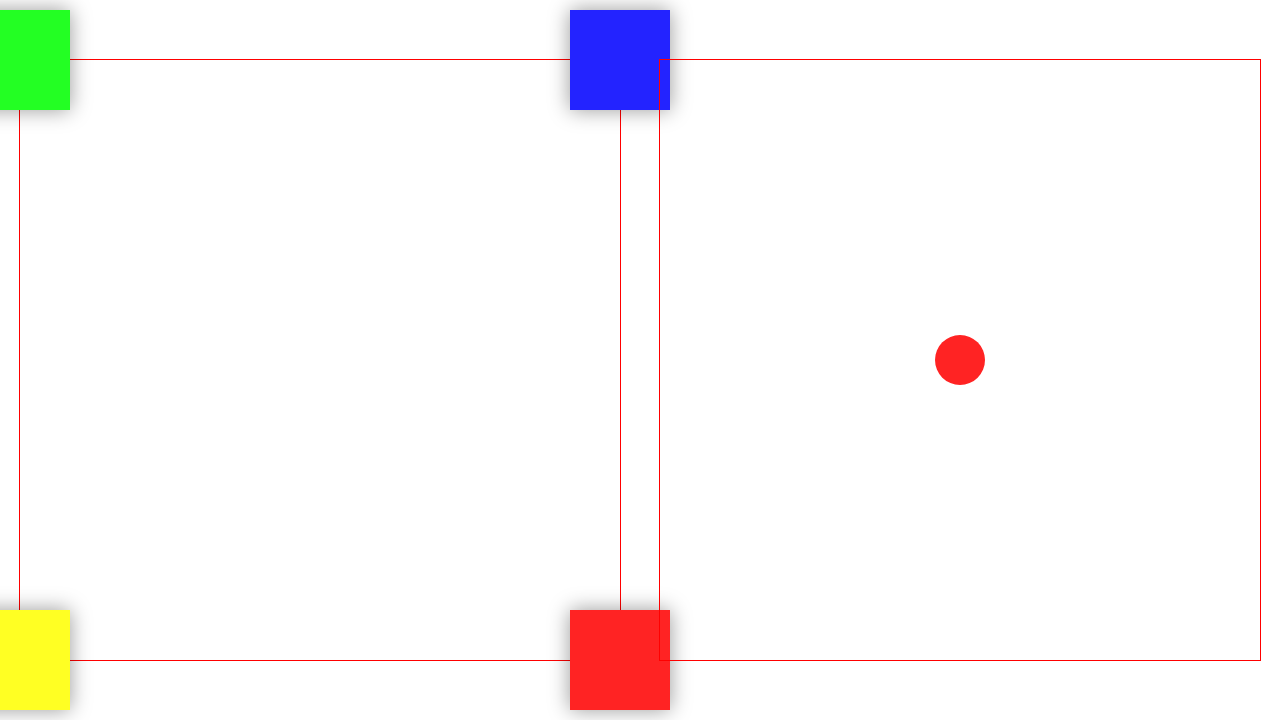
Repository: randgars/game
Page: index.html
An editor plug-in stored every save of this project. The page is shown before and after the next save, followed by the edit.
The browser window is 1280 px wide. The pictures show the whole page.

Above is the page before, as saved 2017-09-29 15:09:36.

### index.html
<!DOCTYPE html>
<html lang="en">
<head>
    <meta charset="UTF-8">
    <meta name="viewport" content="width=device-width, initial-scale=1.0">
    <meta http-equiv="X-UA-Compatible" content="ie=edge">
    <title>Document</title>
    <link rel="stylesheet" href="./style.css">
    <script type="text/javascript" src="./index.js"></script>
</head>
<body>
    <div class="wrapper">
        <div class="square first"></div>
        <div class="square second"></div>
        <div class="square third"></div>
        <div class="square fourth"></div>
    </div>

    <div id="wrapper" class="wrapper">
        <div id="circle" class="circle"></div>
    </div>

    <div class="coordinates">
        <span id="x"></span>
        <span id="y"></span>
        <span id="x2"></span>
        <span id="y2"></span>
    </div>
</body>
</html>

### style.css
body {
    padding: 0;
    margin: 0;
    display: flex;
    justify-content: space-around;
    align-items: center;
    height: 100vh;
}
.wrapper {
    position: relative;
    width: 600px;
    height: 600px;
    border: solid 1px red;
}
.square {
    height: 100px;
    width: 100px;
    box-shadow: 0 0 20px rgba(0, 0, 0, .4);
    position: absolute;
}
.first {
    animation-name: first;
    animation-duration: 5s;
    animation-iteration-count: infinite;
    animation-timing-function: linear;
    background-color: rgba(35, 255, 35, 1);
    top: calc(0% - 50px);
    left: calc(0% - 50px);
}
.second {
    animation-name: second;
    animation-duration: 5s;
    animation-iteration-count: infinite;
    animation-timing-function: linear;
    background-color: rgba(35, 35, 255, 1);
    top: calc(0% - 50px);
    left: calc(100% - 50px);
}
.third {
    animation-name: third;
    animation-duration: 5s;
    animation-iteration-count: infinite;
    animation-timing-function: linear;
    background-color: rgb(255, 35, 35);
    top: calc(100% - 50px);
    left: calc(100% - 50px);
}
.fourth {
    animation-name: fourth;
    animation-duration: 5s;
    animation-iteration-count: infinite;
    animation-timing-function: linear;
    background-color: rgba(255, 255, 35, 1);
    top: calc(100% - 50px);
    left: calc(0% - 50px);
}

.first:hover, .second:hover, .third:hover, .fourth:hoer {
    animation-play-state: paused;
}

@keyframes first {
    from {
        transform: rotate(360deg);
    }
    25% {
        background-color: rgba(35, 35, 255, 1);
    }
    50% {
        top: calc(100% - 50px);
        left: calc(100% - 50px);
        background-color: rgb(255, 35, 35);
    }
    75% {
        background-color: rgba(255, 255, 35, 1);
    }
    to {
        transform: rotate(0deg);
    }
}
@keyframes second {
    from {
        transform: rotate(0deg);
    }
    25% {
        background-color: rgb(255, 35, 35);
    }
    50% {
        top: calc(100% - 50px);
        left: calc(0% - 50px);
        background-color: rgba(255, 255, 35, 1);
    }
    75% {
        background-color: rgba(35, 255, 35, 1);
    }
    to {
        transform: rotate(360deg);
    }
}
@keyframes third {
    from {
        transform: rotate(360deg);
    }
    25% {
        background-color: rgba(255, 255, 35, 1);
    }
    50% {
        top: calc(0% - 50px);
        left: calc(0% - 50px);
        background-color: rgba(35, 255, 35, 1);
    }
    75% {
        background-color: rgba(35, 35, 255, 1);
    }
    to {
        transform: rotate(0deg);
    }
}
@keyframes fourth {
    from {
        transform: rotate(0deg);
    }
    25% {
        background-color: rgba(35, 255, 35, 1);
    }
    50% {
        top: calc(0% - 50px);
        left: calc(100% - 50px);
        background-color: rgba(35, 35, 255, 1);
    }
    75% {
        background-color: rgb(255, 35, 35);
    }
    to {
        transform: rotate(360deg);
    }
}

.circle {
    border-radius: 100%;
    background-color: rgb(255, 35, 35);
    position: absolute;
    top: calc(50% - 25px);
    left: calc(50% - 25px);
    width: 50px;
    height: 50px;
}
.coordinates {
    display: flex;
    flex-direction: column;
    position: fixed;
    right: 50px;
    top: 50px;
}

### index.js
var elem;
window.onload = function() {
    elem = document.getElementById("wrapper");
    elem.addEventListener("mousemove", mouseMove, true);
}

function mouseMove(event) {
    var x = event.clientX - elem.offsetLeft;
    var y = event.clientY - elem.offsetTop;

    var circle = document.getElementById("circle");
    // debugger
    if (x < 0 || x > elem.clientWidth || y < 0 || y > elem.clientHeight) {
        circle.style.left = "calc(50% - 25px)";
        circle.style.top = "calc(50% - 25px)";
    } else {
        circle.style.left = x - 25 + "px";
        circle.style.top = y - 25 + "px";
    }

    document.getElementById('x2').innerHTML="x: " + x;
    document.getElementById('y2').innerHTML="y: " + y;
}

After the next save:
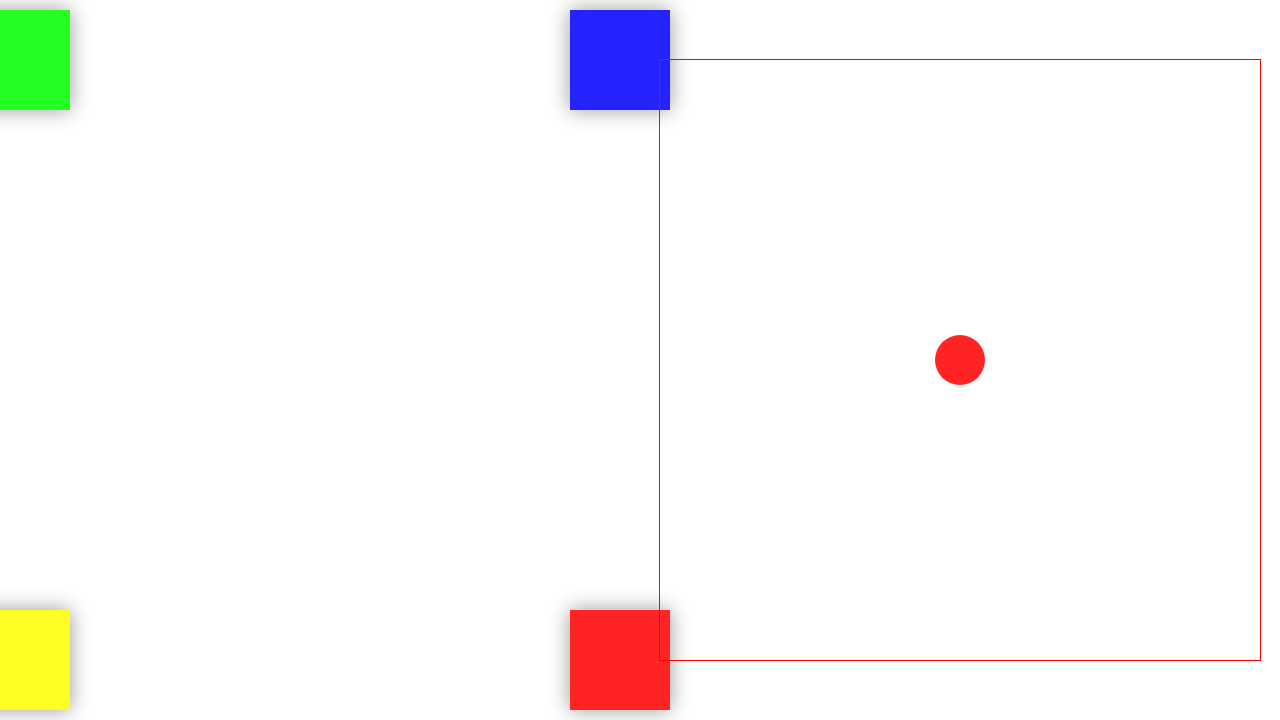
Saved 42 s later.
--- a/style.css
+++ b/style.css
@@ -10,7 +10,6 @@ body {
     position: relative;
     width: 600px;
     height: 600px;
-    border: solid 1px red;
 }
 .square {
     height: 100px;
@@ -136,6 +135,10 @@ body {
     }
 }
 
+#wrapper {
+    border: solid 1px red;
+}
+
 .circle {
     border-radius: 100%;
     background-color: rgb(255, 35, 35);
